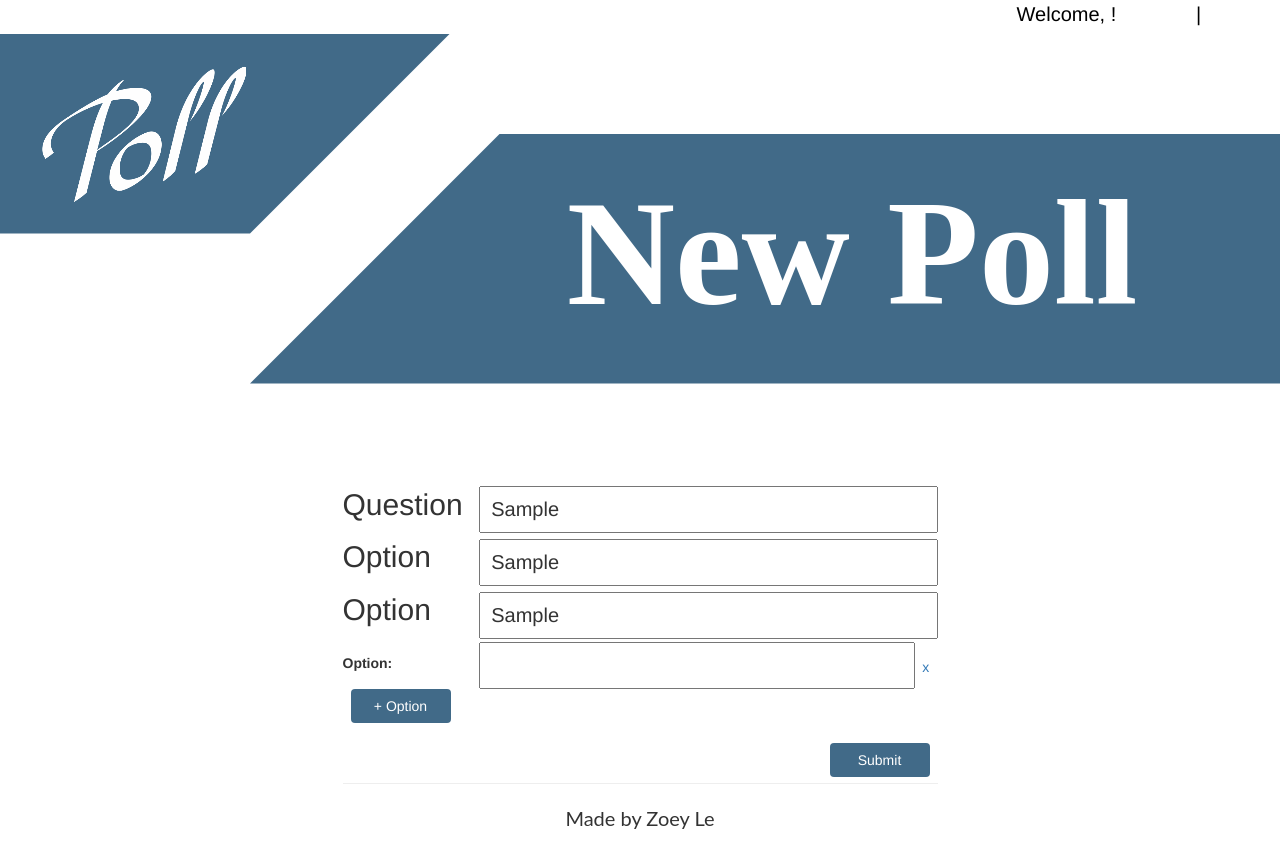
Repository: zoeyleqa/voting-app-fcc
Page: public/newpoll.html
The author's editor kept a record of every edit. The page is drawn from the files as they stood at one moment, then again after the next edit.
The browser window is 1280 px wide. The pictures show the whole page.
Empty fields were first filled with sample values (such as "Sample", 5 or name@example.com).
After loading, the first visible `input.btn` was clicked once.
The page's requests for data from a server got no answer. Some web libraries are served in a nearby version.

Above is the page before.

### public/newpoll.html
<!DOCTYPE html>

<html>

	<head>
		<title>New Poll</title>

		<link href="/public/css/main.css" rel="stylesheet" type="text/css">
		<link rel="stylesheet" href="https://maxcdn.bootstrapcdn.com/bootstrap/3.3.7/css/bootstrap.min.css" integrity="sha384-BVYiiSIFeK1dGmJRAkycuHAHRg32OmUcww7on3RYdg4Va+PmSTsz/K68vbdEjh4u" crossorigin="anonymous">
	</head>

	<header>
<!-- 		<div class="main-header"> -->
		<div>
			<p align="right">Welcome, <span id="display-name"></span>!
			<a class="menu" href="/profile">Profile</a>
			|
			<a class="menu" href="/logout">Logout</a>
			</p>
		</div>

		<div>
			<div class="logo-box">
				<a href="/"><img src="/public/img/poll.png" class="logo-left"/></a>
			</div>
			<div class="title-box">
  				<h1 class="title">New Poll</h1>
			</div>
		</div>
	</header>

	<body>
		<br><br><br>
		<div class="container-fluid">
			<div class="col-md-6 col-md-offset-3 ">
				<form id="formdata" action="" method="post">
					<table class="opt-sect" width="100%">
					<col width="40">
					<col>
					<tr>
						<td><p id="question">Question&nbsp&nbsp</p></td>
						<td><input style="width:100%; display:block;" type="text" name="question"/></td>
					</tr>
				</br>
					<tr>
						<td><p>Option</p></td>
						<td><input style="width:100%; display:block;" type="text" name="opt"/></td>
					</tr>
					</br>
					<tr>
						<td><p>Option</p></td>
						<td><input style="width:100%; display:block;" type="text" name="opt"/></td>
					</tr>

				 </table>
				<input type="button" class="btn btn-add" value="+ Option">
				<br>
				<br>
				<!--long button-->
				<input type="submit" class="btn btn-submit" name="Post"/>
				</form>
			<footer>
			<hr>
			Made by Zoey Le
			</footer>
			</div>
		</div>


		<script src="https://ajax.googleapis.com/ajax/libs/jquery/3.1.0/jquery.min.js"></script>
		<script type="text/javascript" src="controllers/newPoll.client.js"></script>
		<script type="text/javascript" src="common/ajax-functions.js"></script>
		<script type="text/javascript" src="controllers/userController.client.js"></script>
	</body>

</html>

### public/css/main.css
/********* Fonts **********/

@font-face {
	font-family: "Roboto";
	font-style: normal;
	font-weight: 400;
	src: local("Roboto"), local("Roboto-Regular"),
		url("../fonts/Roboto-Regular.ttf") format("truetype");
}

@font-face {
	font-family: "Roboto";
	font-style: normal;
	font-weight: 500;
	src: local("Roboto Medium"), local("Roboto-Medium"),
		url("../fonts/Roboto-Medium.ttf") format("truetype");
}

@font-face {
	font-family: "Typo3";
	font-style: normal;
	font-weight: 400;
	src: local("Typo3"), local("Typo3-Regular"),
		url("../fonts/Typo3-Regular.ttf") format("truetype");
}

@font-face {
	font-family: "Typo3";
	font-style: normal;
	font-weight: 400;
	src: local("Typo3 Medium"), local("Typo3-Medium"),
		url("../fonts/Typo3-Medium.ttf") format("truetype");
}
/****** Main Styling ******/
:root {
  	--main-bg-color: #416A88; /*3E447B;*/
}

.main-header {
	background-color: var(--main-bg-color); /*#7083c2;*/
}
.temp {
	background-color: #b35d5c;
}

body {
	font-family: "Roboto", sans-serif;
	font-size: 16px;
	margin: 0;
	padding: 0;
}

header {
	margin-top: -16px;
}

.header-right {
	/*height: 56px;*/
	margin: 0 0 14px 0;
	text-align: right;
	/*float: right;*/
}

.logo {
	float: center;
	text-align: center;
	display: block;
	margin-left: auto;
	margin-right: auto;
}

.logo-box {
	background: var(--main-bg-color);
	/*-webkit-clip-path: polygon(0 0, 20% 0, 10% 100%, 0% 100%);*/
	-webkit-clip-path: polygon(0 0, 450px 0, 250px 100%, 0% 100%);
}

.logo-left{
	margin-left: 20px;
}

.title-box {
	position: relative;
	background: var(--main-bg-color);
	margin-top: -100px;
	height: 250px;
	text-align: center;
	color: white;
  	-webkit-clip-path: polygon(500px 0, 100% 0%, 100% 100%, 250px 100%);
}

.title {
    position: absolute;
    /*float: right;*/
    top: 0;
    bottom: 0;
    left: 0;
    right: 0;
    width: 55%;
    height: 70%;
    margin: auto;
    margin-left: 500px;
    font-size: 150px;
    font-weight: 600;
    font-family:  'Typo3-Medium';
}

.opt-sect p {
	font-size: 30px;
	font-weight: 80px;
}

.center {
  margin: auto;
  width: 50%;
  padding: 10px;
}

p {
	margin: 8px 0 0 0;
}

.container p {
	text-align: center;
	padding: 0;
}

/****** Header Styling ******/

header p {
	margin: 16px 0 5px 0;
	font-weight: 50px;
	font-size: 20px;
	color: black;
}

.menu {
	text-decoration: none;
	padding: 6px;
	margin: 0;
	color: white;
}

.menu:visited {
	color: grey;
}

.menu:hover {
	color: grey;
}

.menu:active {
	color: white;
}

header a ~ p {
	margin: 0;
	padding: 0;
	display: inline;
	color: #eceff1;
}

#display-name {
	font-weight: 400;
}

/****** Login Styling ******/

.login {
	margin: 10px auto 0 auto;
	text-align: center;
}

#login-btn {
	width: 250px;
	padding: 7px 5px;
}

.btn p {
	margin: 8px 0 0 0;
	padding: 0;
}

.btn > img {
	float: leftbtn
	margin-left: 10px;
}

.btn-submit {
	float: right;
}

input[type="text"]{
	padding: 10px 10px;
	line-height: 10px;
	font-size: 20px;
	width:95%;
	/*display:block;*/
}

.btn-add {
	padding: 1px 1px 1px 1px ;
	line-height: 30px;
	display:block;
	font-size: 20px;

}
/****** Logo Div Styling ******/

img {
	margin: 0 auto;
	display: block;
}

.clementine-text {
	/* Styling for the Clementine.js text */
	padding: 0;
	margin: -25px 0 0 0;
	font-weight: 500;
	font-size: 60px;
	color: #ffa000;
}

/****** Click Styling ******/

.btn-container {
	/* Styling for the div that contains the buttons */
	margin: -10px auto 0 auto;
	text-align: center;
}

.btn-copy {
	margin: 0 8px;
	color: white;
	background-color: var(--main-bg-color);
	display: inline-block;
	border: 0;
	font-size: 14px;
	text-align: center;
	border-radius: 3px;
	padding: 10px 5px;
}
.btn {
	/* Styling for buttons */
	margin: 0 8px;
	color: white;
	background-color: var(--main-bg-color);
	display: inline-block;
	border: 0;
	font-size: 14px;
	border-radius: 3px;
	padding: 10px 5px;
	width: 100px;
	font-weight: 500;
}

.btn:focus {
	/* Remove outline when hovering over button */
	outline: none;
}

.btn:active {
	/* Scale the button down by 10% when clicking on button */
	transform: scale(0.9, 0.9);
	-webkit-transform: scale(0.9, 0.9);
	-moz-transform: scale(0.9, 0.9);
}

.btn-delete {
	/* Styling for delete button */
	background-color: #eceff1;
	color: #212121;
}

.canvasContainer {
	height: 330px;
	width: 300px;
	position: relative;
	margin: auto;
}

/*.question {*/
/*	display: inline-block;*/
/*    margin: 10px 10px 0 0;*/
/*    padding: 20px 10px;*/
/*	font-size: xx-large;*/
/*	font-weight: bolder;*/
/*}*/

.questionText{
	overflow: hidden;
    text-align: center;
    font-size: xx-large

	/*padding: 20px 0 20px 0;*/
}

/*#myChart {*/
/*	height: 150px;*/
/*	width: 300px;*/
/*	position: relative;*/
/*	left: 65%;*/
/*	top: 25%;*/
/* }*/
/****** Profile Styling ******/

.github-profile {
	width: 350px;
	height: 200px;
	border-radius: 3px;
	margin: 86px auto 0 auto;
	background-color: #eee;
	text-align: center;
	color: #000;
}

.github-profile p:first-child {
	padding-top: 16px;
}

.github-profile p:nth-child(5) {
	margin-bottom: 16px;
}

.github-profile p {
	margin: 0 0 0 16px;
	text-align: left;
}

.profile-value {
	font-weight: 400;
}

span {
	font-weight: 500;
}

.github-profile > img {
	padding-top: 16px;
	margin-bottom: 16px;
}

.github-profile .menu:hover {
	color: #ffa000;
}

.github-profile .menu:active {
	color: #ff630d;
}

#menu-divide {
	color: #ffffff;
	display: inline;
	margin: 0;
}

footer {
	bottom: 0;
	height: 60px;
	margin-top: 40px;
	text-align: center;
	font-size: 20px;
	font-family: "Lato";
}

.body-shade {
	box-shadow: 12px -12px 10px -4px lightgrey, -12px 10px 10px -4px lightgrey,
		12px 0 15px -4px lightgrey, -12px 0 15px -4px lightgrey;
	background: white;

}

### app/controllers/newPoll.client.js
$(document).ready(function() {
    var max_fields      = 10; //maximum input boxes allowed
    var wrapper         = $(".opt-sect"); //Fields wrapper
    var add_button      = $(".btn-add"); //Add button ID




    var x = 1; //initlal text box count
    $(add_button).click(function(e){ //on add input button click
        e.preventDefault();
        if(x < max_fields){ //max input box allowed
            x++; //text box increment
            $(wrapper).append('<tr><td><label for="opt">Option:&nbsp</label></td>'
            +'<td><input width="100%" type="text" name="opt"/>&nbsp&nbsp'
            +'<a href="#" class="remove_field">x</a></div></td></tr>'); //add input box
        }
    });

    $(wrapper).on("click",".remove_field", function(e){ //user click on remove text
        e.preventDefault();
        $(this).parent('div').remove();
        x--;
    });


//   $('form').submit(function(event) {
//     event.preventDefault();
//     var dream = $('input').val();
//     console.log(dream);
//     $.post('/api/:id/poll' + $.param({dream: dream}), function() {
//       console.log(dream);
//       $('input').val('');
//       $('input').focus();
//     });
//   });


});

### app/common/ajax-functions.js
'use strict';

var appUrl = window.location.origin;
var ajaxFunctions = {
   ready: function ready (fn) {
      if (typeof fn !== 'function') {
         return;
      }

      if (document.readyState === 'complete') {
         return fn();
      }

      document.addEventListener('DOMContentLoaded', fn, false);
   },

   //use ajax request to make xmlhttprequest to send data to db
   ajaxRequest: function ajaxRequest (method, url,data, callback) {
      var xmlhttp = new XMLHttpRequest();

      xmlhttp.onreadystatechange = function () {
         if (xmlhttp.readyState === 4 && xmlhttp.status === 200) {
            callback(xmlhttp.response);
         }
      };

      xmlhttp.open(method, url, true);

      if(data){
         xmlhttp.setRequestHeader("Content-Type", "application/json;charset=UTF-8");
         // console.log(JSON.stringify(data));
         xmlhttp.send(JSON.stringify(data));
      } else {
         xmlhttp.send();
      }
   }
};

### app/controllers/userController.client.js
'use strict';

(function () {

//clementine.js basic templete for profile picture and profile page
   var profileId = document.querySelector('#profile-id') || null;
   var profileUsername = document.querySelector('#profile-username') || null;
   var profileRepos = document.querySelector('#profile-repos') || null;
   var displayName = document.querySelector('#display-name');
   var action =  document.querySelector('#formdata') || null;
   var apiUrl = appUrl + '/api/:id';

   function updateHtmlElement (data, element, userProperty) {
      element.innerHTML = data[userProperty];
   }

   ajaxFunctions.ready(ajaxFunctions.ajaxRequest('GET', apiUrl, null, function (data) {
      var userObject = JSON.parse(data);
      var name;
      if (userObject.displayName !== null) {
         updateHtmlElement(userObject, displayName, 'displayName');
         // name = userObject['displayName'];
      } else {
         updateHtmlElement(userObject, displayName, 'username');
         // name =  userObject['username'];
      }

      if (profileId !== null) {
         updateHtmlElement(userObject, profileId, 'id');
         name = userObject['id'];
      }

      if (profileUsername !== null) {
         updateHtmlElement(userObject, profileUsername, 'username');
      }

      if (profileRepos !== null) {
         updateHtmlElement(userObject, profileRepos, 'publicRepos');
      }

      if (action !== null) {
         action.setAttribute('action', '/api/' + name+'/poll');

      }
   }));
})();

After the next edit:
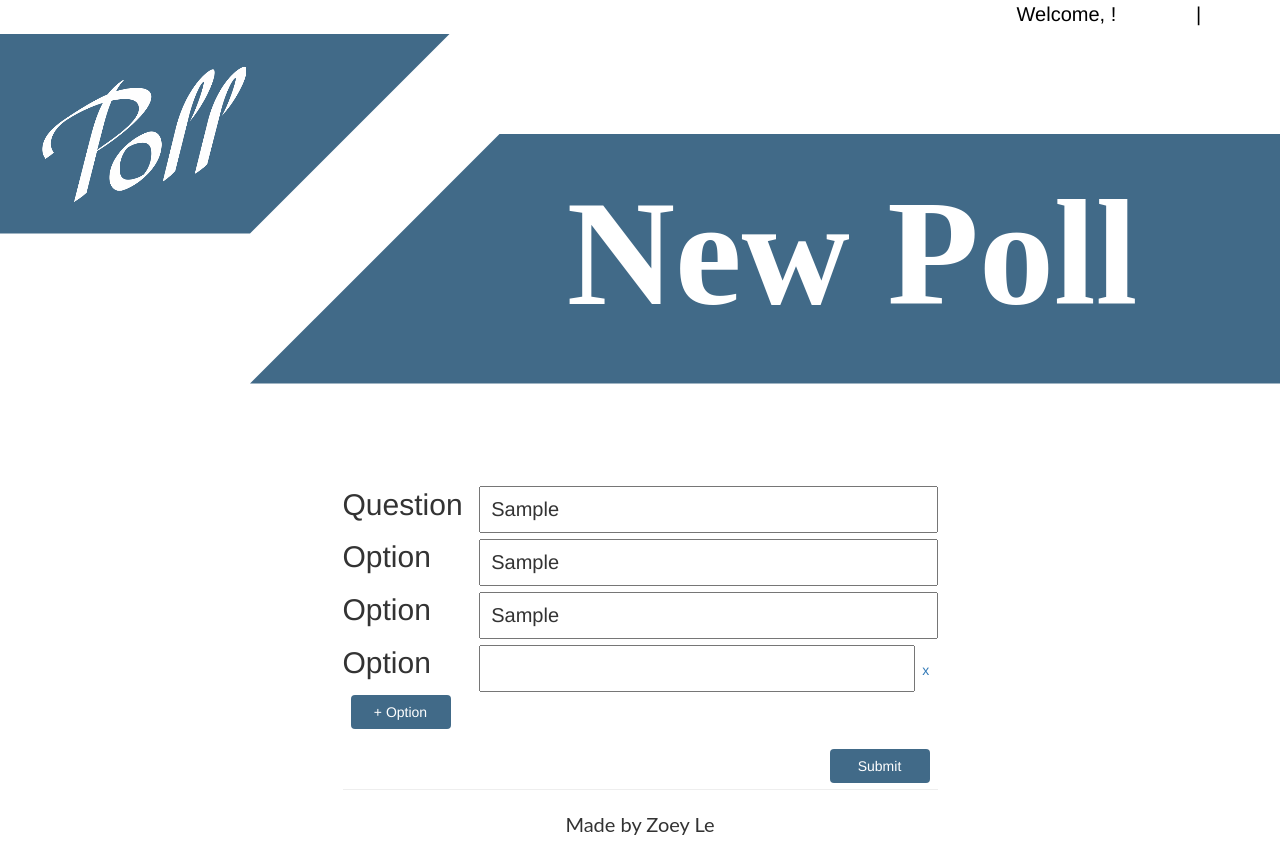
The edit:
--- a/app/controllers/newPoll.client.js
+++ b/app/controllers/newPoll.client.js
@@ -11,8 +11,8 @@
         e.preventDefault();
         if(x < max_fields){ //max input box allowed
             x++; //text box increment
-            $(wrapper).append('<tr><td><label for="opt">Option:&nbsp</label></td>'
-            +'<td><input width="100%" type="text" name="opt"/>&nbsp&nbsp'
+            $(wrapper).append('<tr><td><p>Option</p></td>'
+            +'<td><input type="text" name="opt"/>&nbsp&nbsp'
             +'<a href="#" class="remove_field">x</a></div></td></tr>'); //add input box
         }
     });
